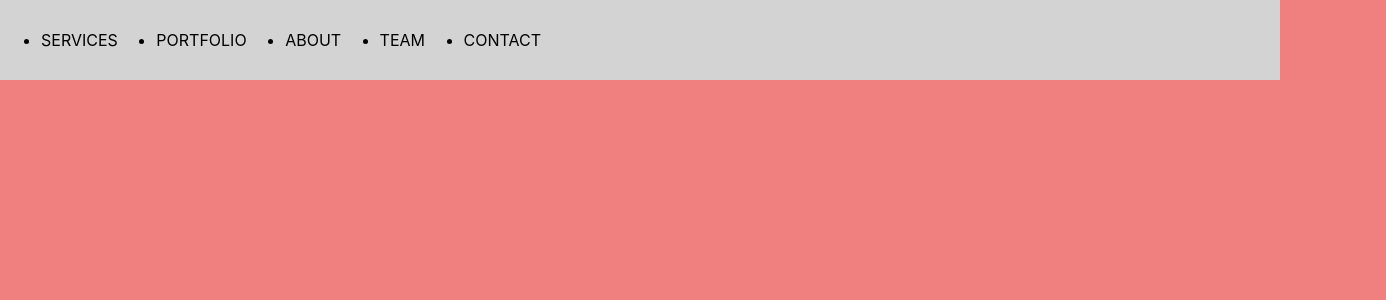
Repository: ooter37/media-queries-afternoon
Page: / (app in portfolio-clone/)
The author's editor kept a copy of each file at every save. The page is drawn from the files as they stood at one save, then again after the next save.
The browser window is 1280 px wide. The page is 1280 px wide, then 1386 px, so the pictures cover 1386 px, including what lies to the right of the window. The pictures show the whole page.
The project was rebuilt for these pictures with package versions that can differ from the ones it lists, and the page was loaded fresh each time.

Above is the page before, as saved 2020-04-13 13:30:50.

### portfolio-clone/src/App.js
import React from 'react';
import './App.css';
import Banner from './Components/Banner'

function App() {
  return (
    <div className="App">
      <Banner />
    </div>
  );
}

export default App;

### portfolio-clone/src/App.css
body {
  width: 100vw;
  background-color: lightcoral;
}

.header {
  width: 100%;
  height: 80px;
  background-color: lightgrey;
  display: flex;
}

.navbar {
  height: 100%;
  width: 100%;
  display: flex;
  align-items: center;
}

.buttons {
  width: 500px;
	display: flex;
	flex-direction: row;
	justify-content: space-between;
  align-items: center;
  margin-left: 1px;
}

### portfolio-clone/src/Components/Banner.js
import React from 'react'



export default class Banner extends React.Component {
    constructor() {
        super()

    }
    render() {
        return (
            <header className='header'>
                <nav className='navbar'>
                    <ul className='buttons'>
                        <li>
                            <div>SERVICES</div>
                        </li>
                        <li>
                            <div>PORTFOLIO</div>
                        </li>
                        <li>
                            <div>ABOUT</div>
                        </li>
                        <li>
                            <div>TEAM</div>
                        </li>
                        <li>
                            <div>CONTACT</div>
                        </li>
                    </ul>
                </nav>
            </header>
        )
    }
}

Loaded but not shown: portfolio-clone/public/index.html (common file); portfolio-clone/src/index.js (common file); portfolio-clone/src/index.css (common file); portfolio-clone/src/serviceWorker.js (common file)

After the next save:
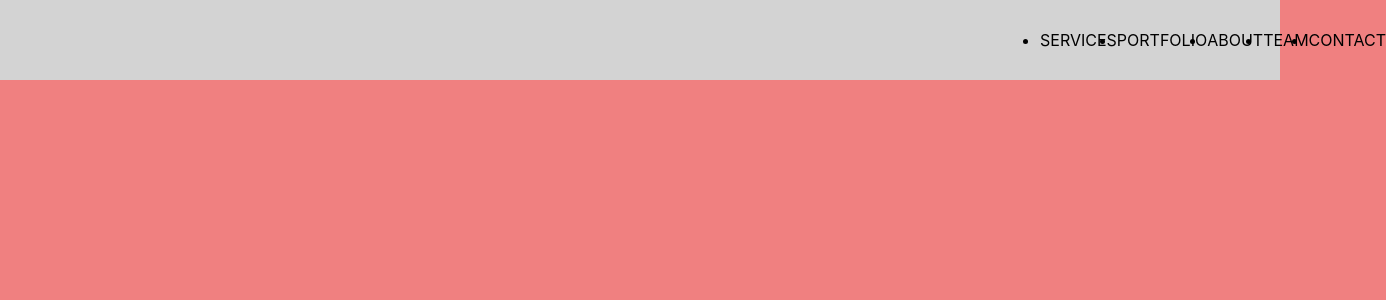
Saved 4 s later.
--- a/portfolio-clone/src/App.css
+++ b/portfolio-clone/src/App.css
@@ -23,5 +23,5 @@ body {
 	flex-direction: row;
 	justify-content: space-between;
   align-items: center;
-  margin-left: 1px;
+  margin-left: 1000px;
 }
